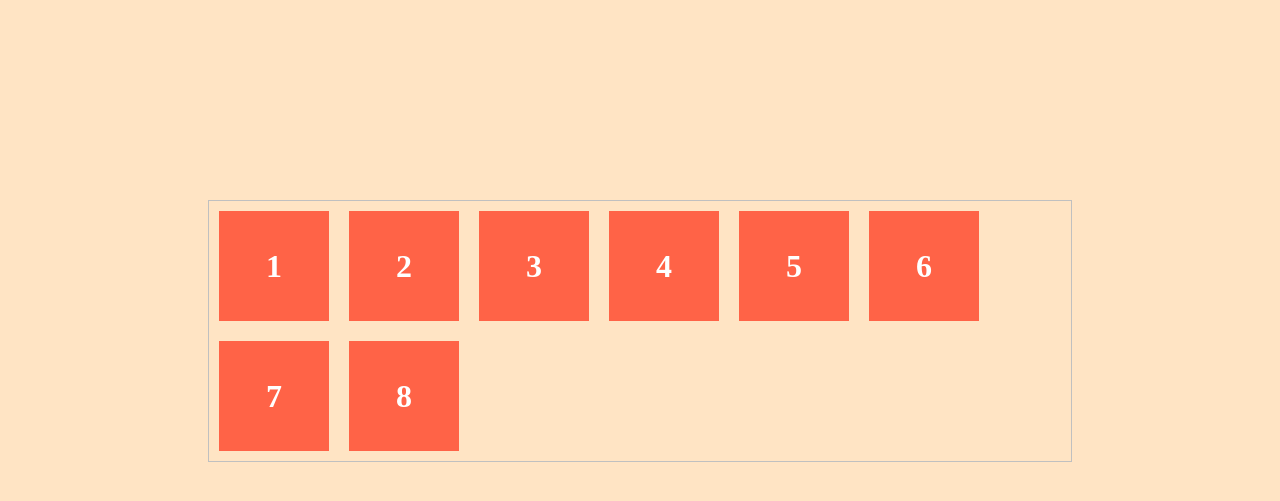
Repository: noahcallen/LAB-calculator
Page: index.html
These files come from the project's save history. The page is drawn as it stood at one moment and after the next save; the edit follows.
The browser window is 1280 px wide. The pictures show the whole page.

Above is the page before, as saved 2024-07-09 22:03:44.

### index.html
<!DOCTYPE html>
<html lang="en">
<head>
  <meta charset="UTF-8">
  <meta name="viewport" content="width=device-width, initial-scale=1.0">
  <title>Document</title>
  <link rel="stylesheet" href="main.css">
  <meta name="viewport" content="width=device-width, initial-scale=1">
</head>
<body>
  <!-- box for calculator outline -->
  <div class="outline">
    <ul class="flex-container wrap">
      <li class="flex-item">1</li>
      <li class="flex-item">2</li>
      <li class="flex-item">3</li>
      <li class="flex-item">4</li>
      <li class="flex-item">5</li>
      <li class="flex-item">6</li>
      <li class="flex-item">7</li>
      <li class="flex-item">8</li>
    </ul>
  </div>




  <script src="main.js"></script>
  <!-- import js bootstrap -->
  <script src="https://cdn.jsdelivr.net/npm/bootstrap@5.3.3/dist/js/bootstrap.bundle.min.js" integrity="sha384-YvpcrYf0tY3lHB60NNkmXc5s9fDVZLESaAA55NDzOxhy9GkcIdslK1eN7N6jIeHz" crossorigin="anonymous"></script>
</body>
</html>

### main.css
body {
  background-color: bisque;
}

.flex-container {
  padding: 0;
  margin: 200px;
  list-style: none;
  border: 1px solid silver;
  -ms-box-orient: horizontal;
  display: -webkit-box;
  display: -moz-box;
  display: -ms-flexbox;
  display: -moz-flex;
  /* display: -webkit-flex; */
  display: flex;
}

.wrap    {
  /* -webkit-flex-wrap: wrap; */
  flex-wrap: wrap;
}

.flex-item {
  background: tomato;
  padding: 5px;
  width: 100px;
  height: 100px;
  margin: 10px;

  line-height: 100px;
  color: white;
  font-weight: bold;
  font-size: 2em;
  text-align: center;
}

Loaded but not shown: main.js (no stored copy; drawn as an empty file)

After the next save:
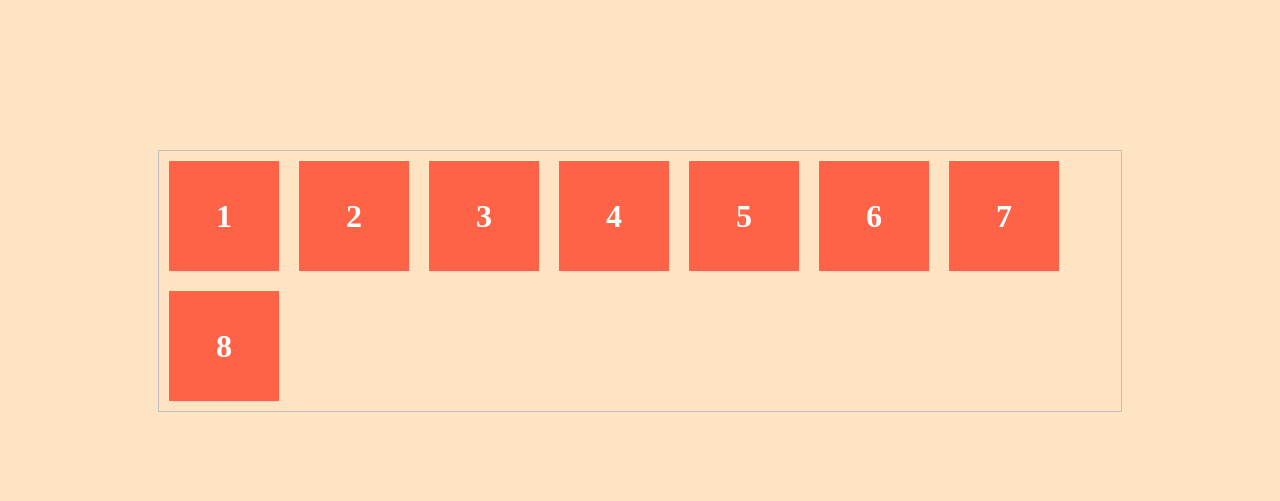
Saved 9 s later.
--- a/main.css
+++ b/main.css
@@ -4,7 +4,7 @@ body {
 
 .flex-container {
   padding: 0;
-  margin: 200px;
+  margin: 150px;
   list-style: none;
   border: 1px solid silver;
   -ms-box-orient: horizontal;
